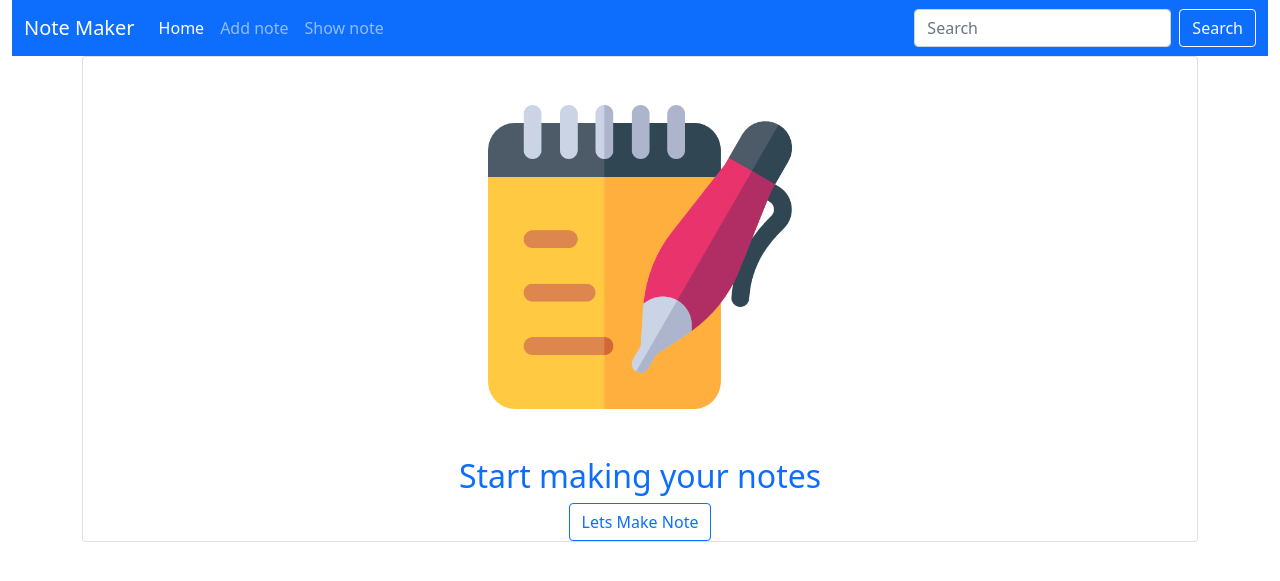
Repository: sachin1830/hibernateproject
Page: http://localhost/com.todolist/
The author's editor kept a copy of each file at every save. The page is drawn from the files as they stood at one save, then again after the next save.
The browser window is 1280 px wide. The pictures show the whole page.
Some web libraries are served in a nearby version. The page is served by Tomcat 9.

Above is the page before, as saved 2021-01-23 06:03:46.

After the next save:
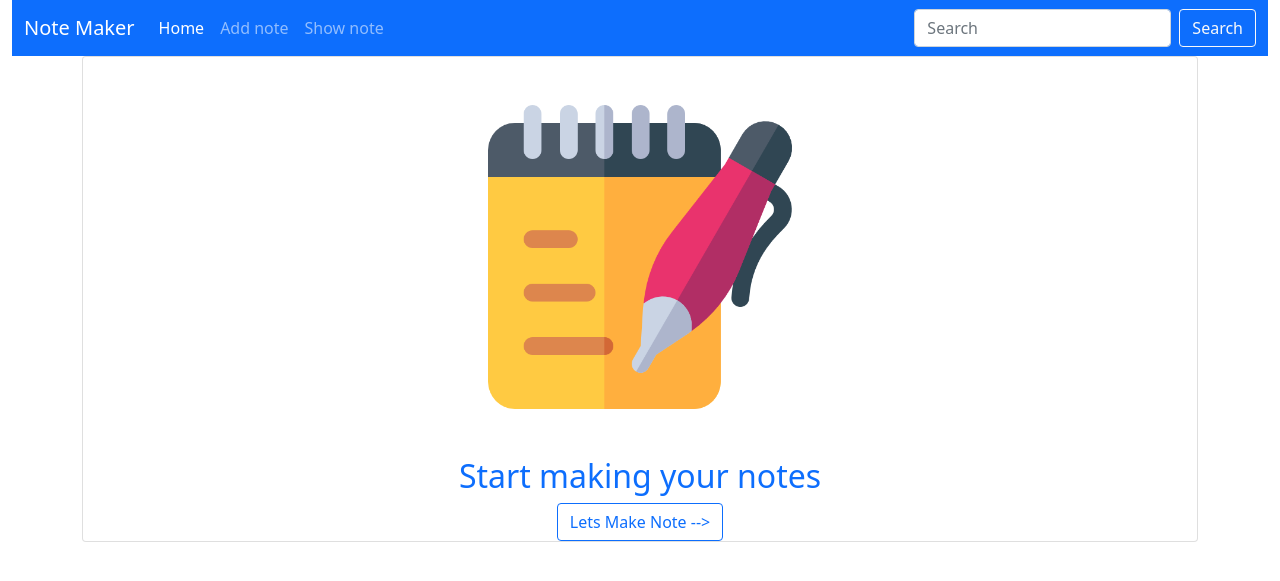
Saved 15 s later.
--- a/com.todolist/src/main/webapp/index.jsp
+++ b/com.todolist/src/main/webapp/index.jsp
@@ -19,7 +19,7 @@
   			<img src="img/notes.png" alt="image not found" style="max-width:400px" class="img-fluid mx-auto p-5">
   			<h2 class="text-center text-primary">Start making your notes </h2>
   			<div class="container text-center">
-  			<a class="btn btn-outline-primary">Lets Make Note</a>
+  			<a class="btn btn-outline-primary">Lets Make Note --></a>
   			</div>
 
   		</div>
